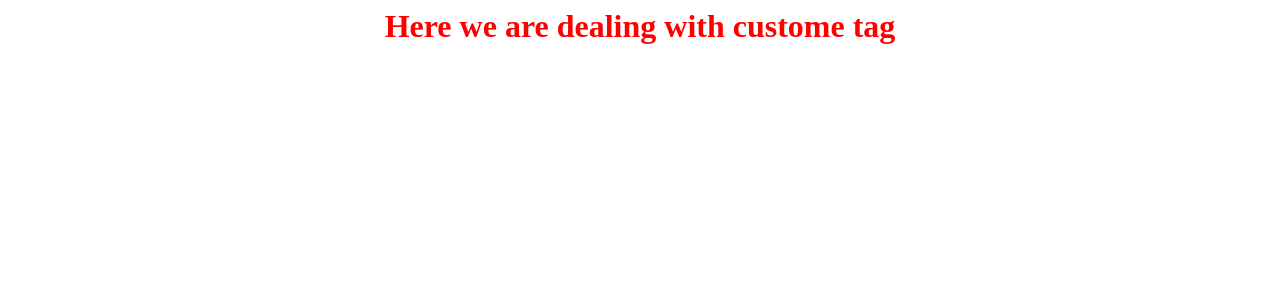
Repository: AbhishekSinghChouhan45/JSP-Projects
Page: http://localhost/JSP-21CustomTag/
These files come from the project's save history. The page is drawn as it stood at one moment and after the next save; the edit follows.
The browser window is 1280 px wide. The pictures show the whole page.
The page is served by Tomcat 10.

Above is the page before, as saved 2023-12-06 04:57:54.

After the next save:
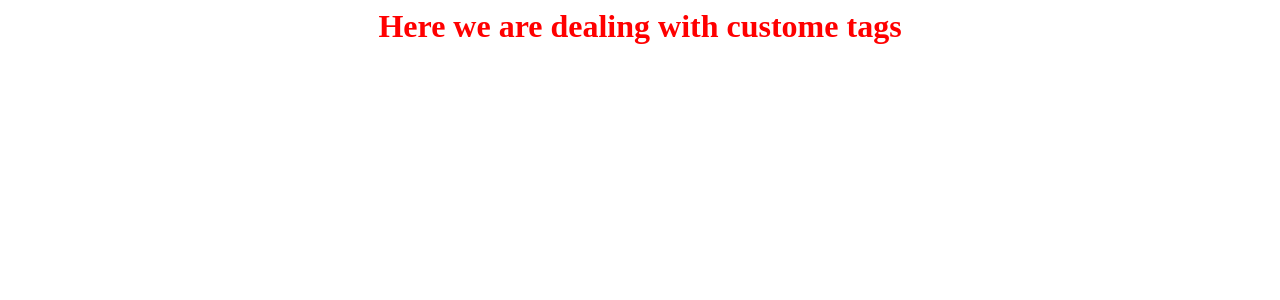
Saved 19 s later.
--- a/JSP-21CustomTag/src/main/webapp/index.jsp
+++ b/JSP-21CustomTag/src/main/webapp/index.jsp
@@ -1,3 +1,3 @@
 <%@ taglib uri="http://tomcat.apache.org/example-taglibs" prefix="ctag" %>
-<h1 style="text-align: center;color: red">Here we are dealing with custome tag</h1>
+<h1 style="text-align: center;color: red">Here we are dealing with custome tags</h1>
 <%-- 	<ctag:message/> --%>
